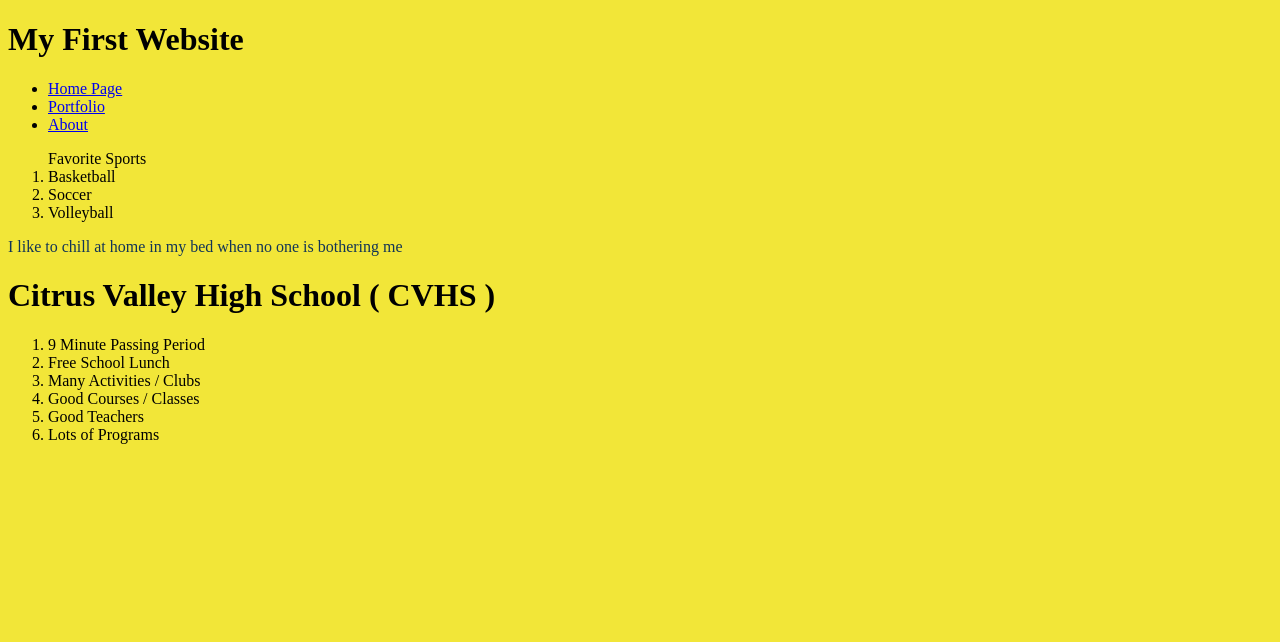
Repository: NawrasKassar/NawrasKassar.github.io
Page: index.html
The author's editor kept a record of every edit. The page is drawn from the files as they stood at one moment, then again after the next edit.
The browser window is 1280 px wide. The pictures show the whole page.

Above is the page before.

### index.html
<!doctype Html>
<html>
    <head>
       <title>About Me</title>
       <link rel="stylesheet" href="./styles/style.css">
        <h1>My First Website</h1>
    </head>

        <body>
            <header>
                <div class="container">


        <ul>
          <li><a href="index.html">Home Page</a></li>
          <li><a href="portfolio.html">Portfolio</a></li>
          <li><a href="about.html">About</a></li>
        </ul>
        <ol>Favorite Sports
            <li> Basketball </li>
            <li> Soccer     </li>
            <li> Volleyball </li>

        </ol>
       <p> I like to chill at home in my bed when no one is bothering me



    <h1>Citrus Valley High School ( CVHS ) </h1>
        <ol>
        <li> 9 Minute Passing Period </li>
        <li> Free School Lunch </li>
        <li> Many Activities / Clubs </li>
        <li> Good Courses / Classes </li>
        <li> Good Teachers </li>
        <li> Lots of Programs  </li>

        </ol>
        <img src=""
    <h1>          </h1>
        <p>             </p>
        <br>
        <a href="     <img></a>
    </body>

</html>

### styles/style.css
body {
    background-color:#f2e638;



}


body p{
    color:#123456;
}

After the next edit:
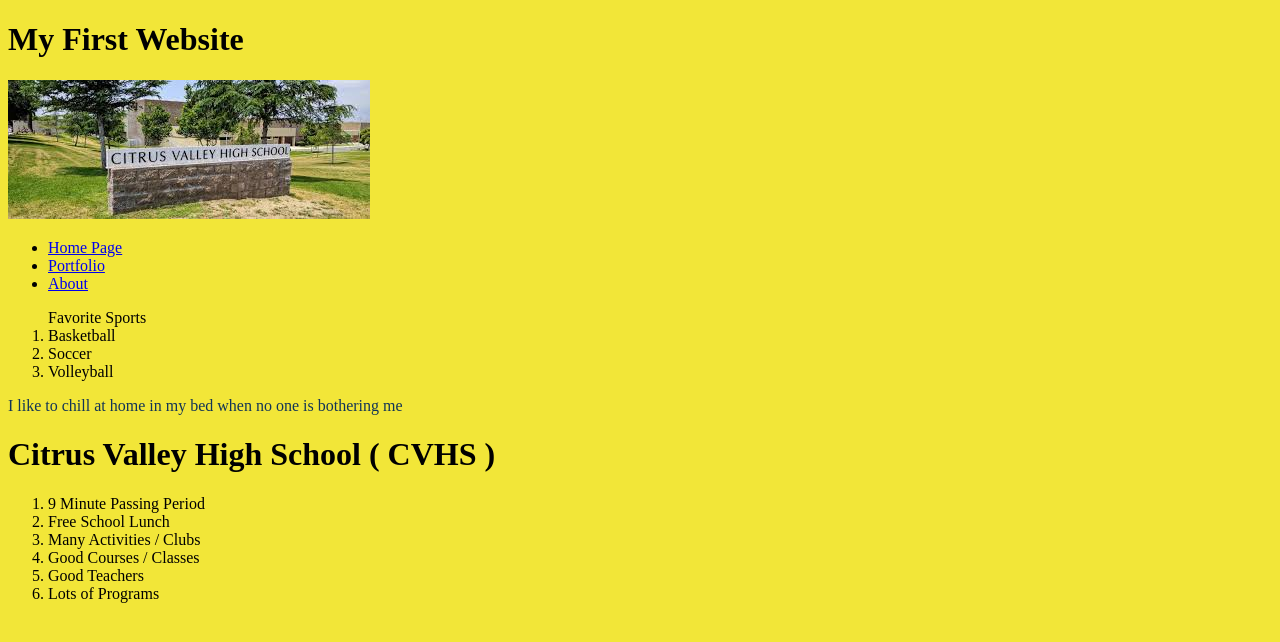
The edit:
--- a/index.html
+++ b/index.html
@@ -10,7 +10,8 @@
             <header>
                 <div class="container">
 
-
+        <link rel="https://www.google.com/imgres?imgurl=https%3A%2F%2Fwww.redlandsusd.net%2Fcms%2Flib%2FCA01900901%2FCentricity%2FModuleInstance%2F327%2Flarge%2FCV1.jpg&imgrefurl=https%3A%2F%2Fwww.redlandsusd.net%2Fcvhs&docid=Dj5fbCfnhOHzVM&tbnid=RYP8JFoFtSlXiM%3A&vet=10ahUKEwjI-I7_u6jkAhXDMn0KHTd7CFMQMwhnKAAwAA..i&w=960&h=370&safe=strict&bih=789&biw=1600&q=citrus%20valley%20high%20school&ved=0ahUKEwjI-I7_u6jkAhXDMn0KHTd7CFMQMwhnKAAwAA&iact=mrc&uact=8">
+        <img src="citrus.jpg">
         <ul>
           <li><a href="index.html">Home Page</a></li>
           <li><a href="portfolio.html">Portfolio</a></li>
